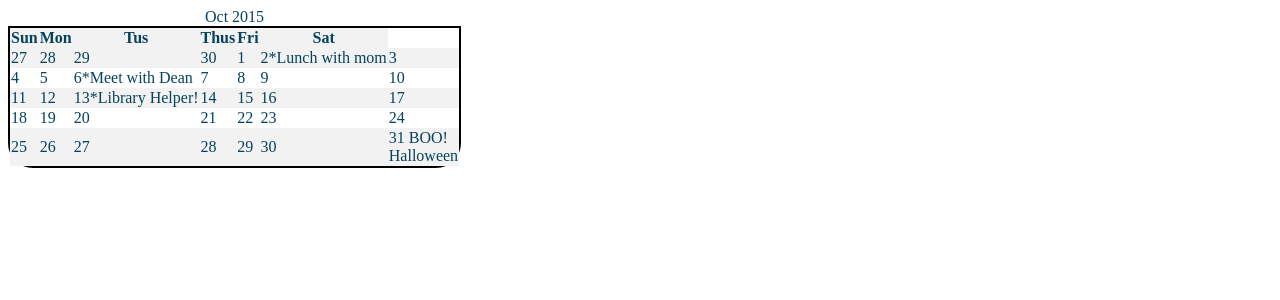
Repository: Tram-anh99/Blockchain_Funix
Page: CSS/lich.html
An editor plug-in stored every save of this project. The page is shown before and after the next save, followed by the edit.
The browser window is 1280 px wide. The pictures show the whole page.

Above is the page before, as saved 2023-02-28 01:36:14.

### CSS/lich.html
<!DOCTYPE html>
<html lang="en">
<head>
      <meta charset="UTF-8">
      <meta http-equiv="X-UA-Compatible" content="IE=edge">
      <meta name="viewport" content="width=device-width, initial-scale=1.0">
      <title>Calendar Table</title>
      <link rel="stylesheet" href="lich.css">
</head>
<body>
      <table class="cal"><caption>
            Oct 2015
      </caption>
      <!-- in đậm dòng -->
<thead>
      <!-- Dòng -->
      <tr>
            <th>Sun</th>
            <th>Mon</th>
            <th>Tus</th>
            <th>Thus</th>
            <th>Fri</th>
            <th>Sat</th>
      </tr>
</thead>
<!-- Phần thân -->
<tbody>
      <!-- Dòng -->
      <tr>
            <td class="old">27</td>
            <td class="old">28</td>
            <td class="old">29</td>
            <td class="old">30</td>
            <td>1</td>
            <td>2*<span>Lunch with mom</span></td>
            <td>3</td>
      </tr>
      <tr>
            <td>4</td>
            <td>5</td>
            <td>6*<span>Meet with Dean</span></td>
            <td>7</td>
            <td>8</td>
            <td>9</td>
            <td>10</td>
      </tr>
      <tr>
            <td>11</td>
            <td>12</td>
            <td>13*<span>Library Helper!</span></td>
            <td>14</td>
            <td>15</td>
            <td>16</td>
            <td>17</td>
      </tr>
      <tr>
            <td>18</td>
            <td>19</td>
            <td>20</td>
            <td>21</td>
            <td>22</td>
            <td>23</td>
            <td>24</td>
      </tr>
      <tr>
            <td>25</td>
            <td>26</td>
            <td>27</td>
            <td>28</td>
            <td>29</td>
            <td>30</td>
            <td class="holiday">31 <span>BOO! <br/>Halloween
            </span></td>
      </tr>
</tbody>
</table>
</body>
</html>

### CSS/lich.css
.cal {
      color: #06425C;
      border-spacing: 0;
      border: 2px solid black;
      -webkit-border-radius: 25px 25px 0 0;
      border-radius: 0 0 25px 25px;
}
tr:nth-child(odd) {
	background: #F2F2F2;
}

After the next save:
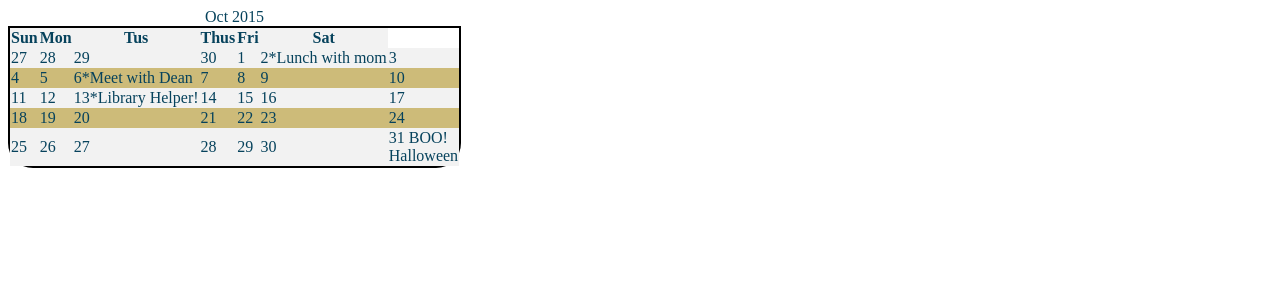
Saved 30 s later.
--- a/CSS/lich.css
+++ b/CSS/lich.css
@@ -8,3 +8,6 @@
 tr:nth-child(odd) {
 	background: #F2F2F2;
 }
+tr:nth-child(even) {
+	background: #CDBB79;
+}
